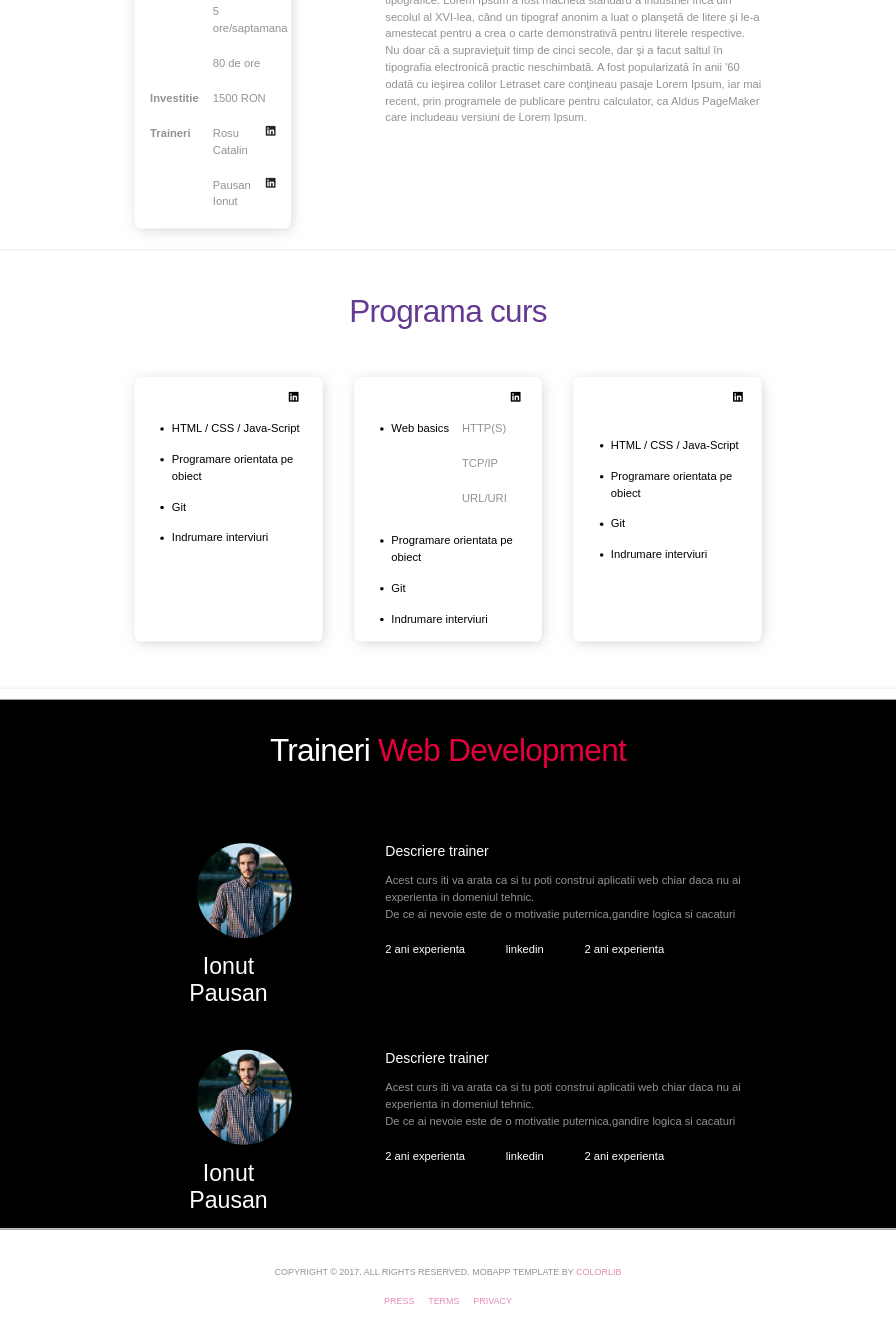
Repository: RosuCatalinDorin/ITSchool
Page: detaliiCurs/views/detalii-curs.html
An editor plug-in stored every save of this project. The page is shown before and after the next save, followed by the edit.
The browser window is 1280 px wide. The pictures show the part of the page from y = 798 to 2718 px (the page is 2717 px tall before and 2718 px after), at 70% of full size.
Some web libraries are served in a nearby version.

Above is the page before, as saved 2019-03-12 09:23:41.

After the next save:
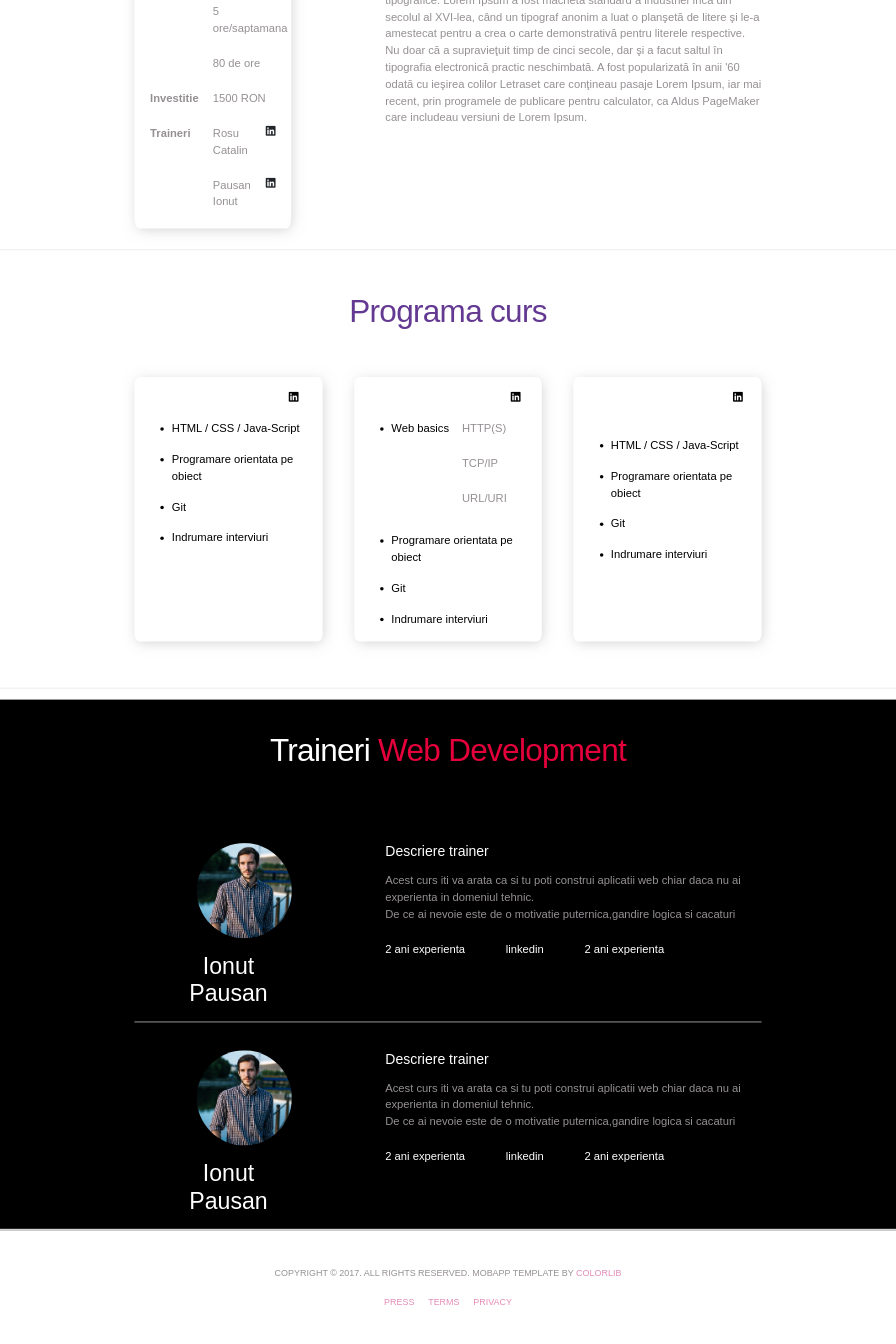
Saved 31 s later.
--- a/detaliiCurs/css/detalii-curs.css
+++ b/detaliiCurs/css/detalii-curs.css
@@ -179,6 +179,10 @@
     justify-content: space-between;
 }
 
+.first-trainer {
+    border-bottom: 1px solid lightgray;
+}
+
 .trainer-profile{
     width:30%;
 }
